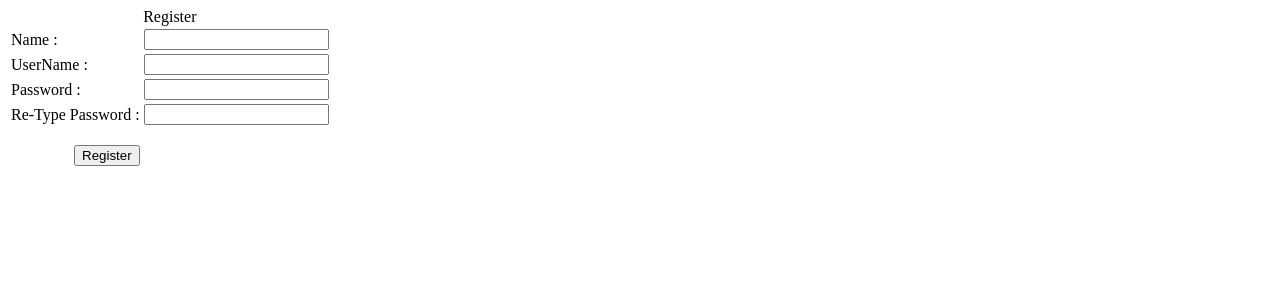
Repository: ShegokarSneha/Login-Registration
Page: http://localhost/LoginRegistration/Register.jsp
An editor plug-in stored every save of this project. The page is shown before and after the next save, followed by the edit.
The browser window is 1280 px wide. The pictures show the whole page.
The page is served by Tomcat 9. Other server files are loaded and not shown.

Above is the page before, as saved 2019-07-09 04:30:59.

### LoginRegistration/WebContent/Register.jsp
<%@ page language="java" contentType="text/html; charset=UTF-8"
    pageEncoding="UTF-8"%>
<!DOCTYPE html>
<html>
<head>
<meta charset="UTF-8">
<title>Insert title here</title>
</head>
<body>

<form action="Registration">
<table>
<caption>Register</caption>
<tr><td>Name :</td><td><input type = "text" name = "name"></td>
<tr><td>UserName :</td><td><input type = "text" name = "username"></td>
<tr><td>Password :</td><td><input type = "password" name = "password"></td>
<tr><td>Re-Type Password :</td><td><input type = "password" name = "password"></td>
<tr><td><p align = "right"><input type = "Submit" name = "Submit" value = "Register"></p></td>
</table>
</form>

</body>
</html>

After the next save:
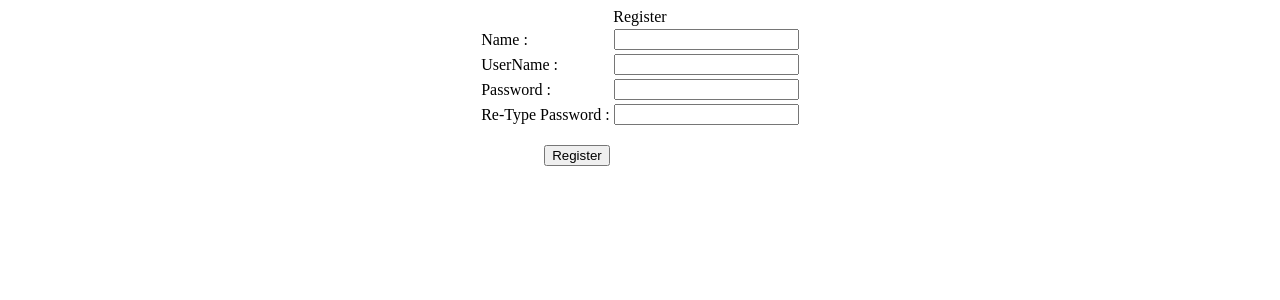
Saved 88 s later.
--- a/LoginRegistration/WebContent/Register.jsp
+++ b/LoginRegistration/WebContent/Register.jsp
@@ -1,5 +1,5 @@
 <%@ page language="java" contentType="text/html; charset=UTF-8"
-    pageEncoding="UTF-8"%>
+	pageEncoding="UTF-8"%>
 <!DOCTYPE html>
 <html>
 <head>
@@ -7,17 +7,28 @@
 <title>Insert title here</title>
 </head>
 <body>
-
-<form action="Registration">
-<table>
-<caption>Register</caption>
-<tr><td>Name :</td><td><input type = "text" name = "name"></td>
-<tr><td>UserName :</td><td><input type = "text" name = "username"></td>
-<tr><td>Password :</td><td><input type = "password" name = "password"></td>
-<tr><td>Re-Type Password :</td><td><input type = "password" name = "password"></td>
-<tr><td><p align = "right"><input type = "Submit" name = "Submit" value = "Register"></p></td>
-</table>
-</form>
-
+	<center>
+		<form action="Registration">
+			<table>
+				<caption>Register</caption>
+				<tr>
+					<td>Name :</td>
+					<td><input type="text" name="name"></td>
+				<tr>
+					<td>UserName :</td>
+					<td><input type="text" name="username"></td>
+				<tr>
+					<td>Password :</td>
+					<td><input type="password" name="password"></td>
+				<tr>
+					<td>Re-Type Password :</td>
+					<td><input type="password" name="password"></td>
+				<tr>
+					<td><p align="right">
+							<input type="Submit" name="Submit" value="Register">
+						</p></td>
+			</table>
+		</form>
+	</center>
 </body>
 </html>
